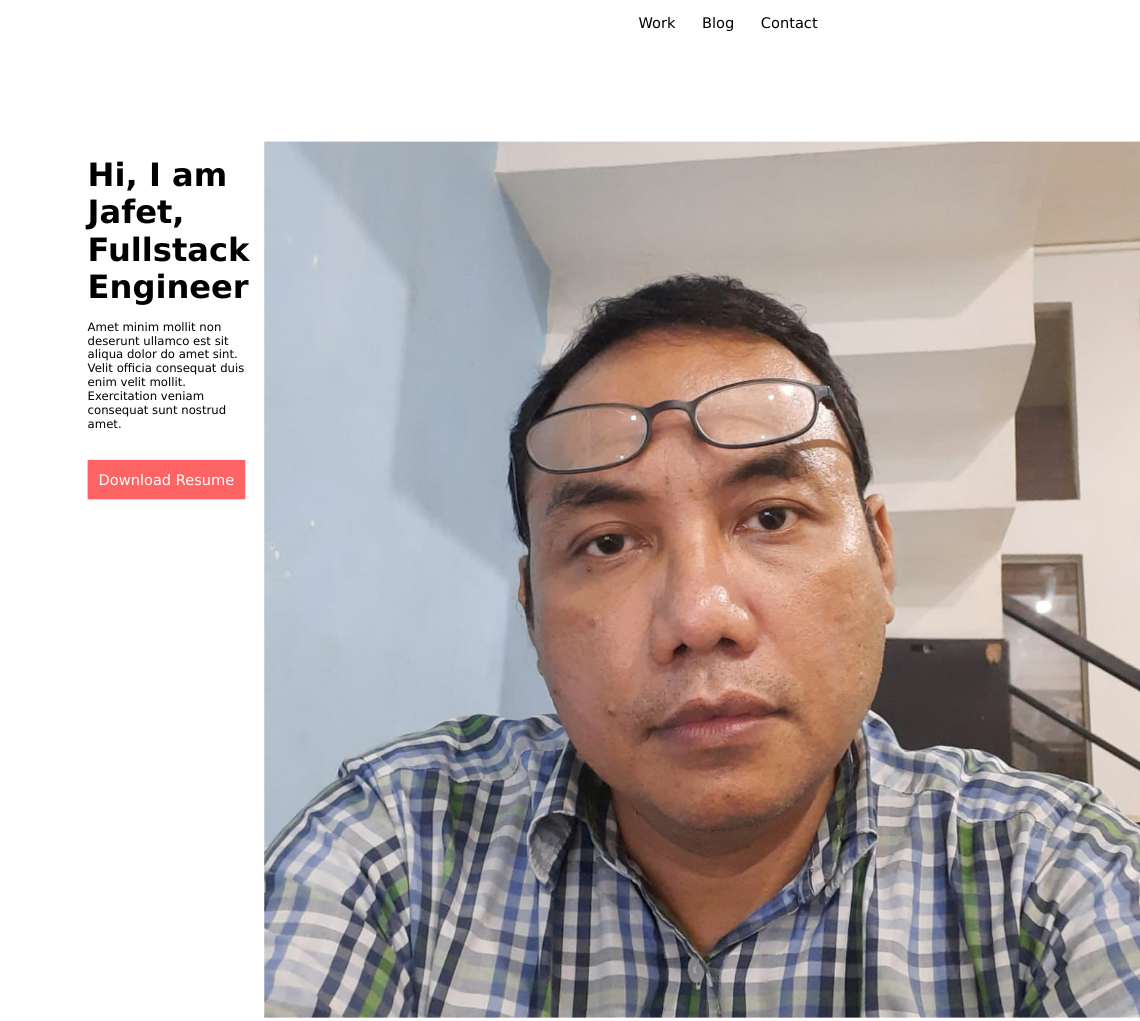
Repository: jafetdn73/portofolio
Page: index.html
The author's editor kept a copy of each file at every save. The page is drawn from the files as they stood at one save, then again after the next save.
The browser window is 1280 px wide. The page is 1562 px wide, so the pictures cover 1562 px, including what lies to the right of the window. The pictures show the whole page, at 73% of full size.

Above is the page before, as saved 2022-02-22 12:46:11.

After the next save:
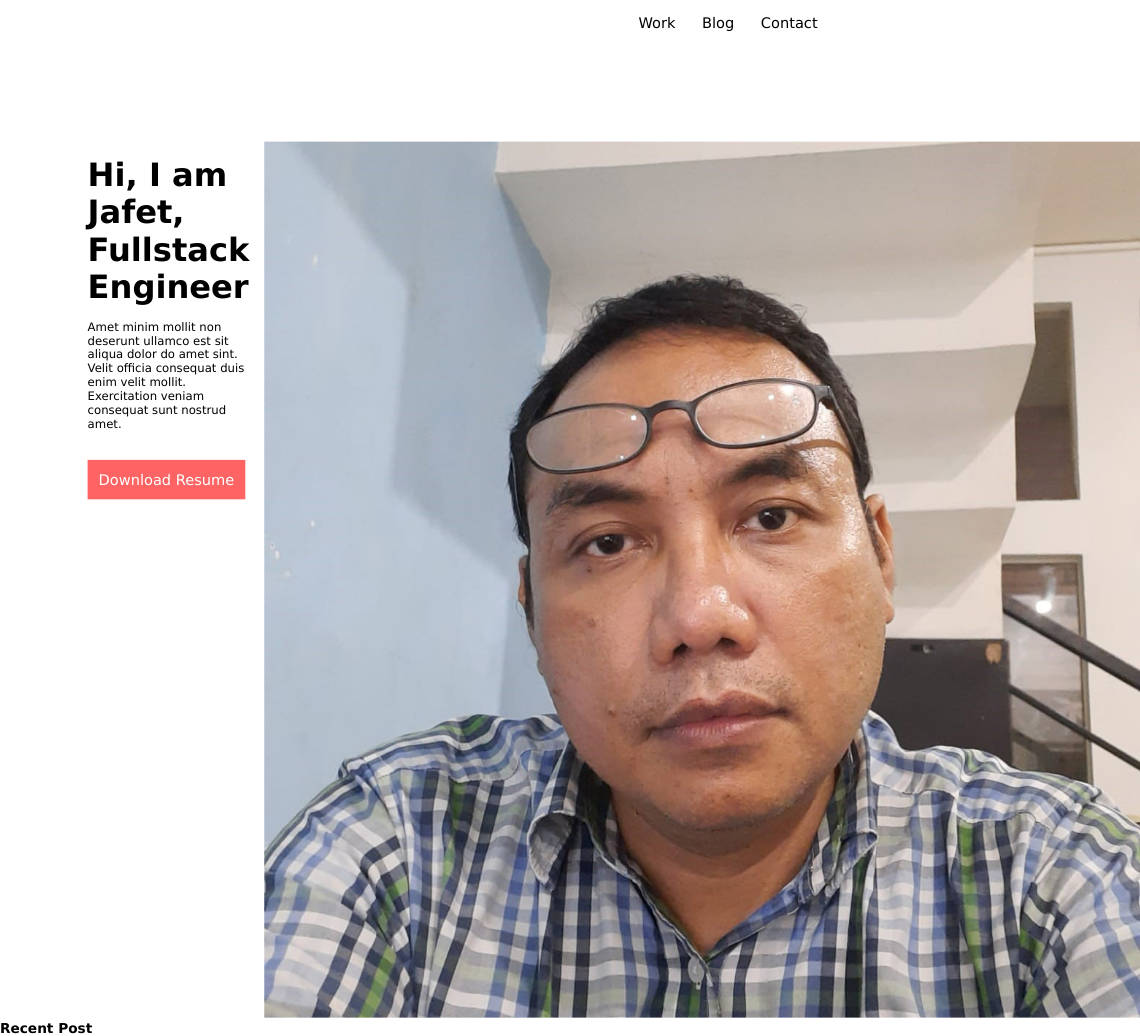
Saved 19 h 26 min later.
--- a/index.html
+++ b/index.html
@@ -40,7 +40,15 @@
         </div>
         <!-- Start Post -->
         <div class="post">
+            <div class="post-navi">
+                <h3>Recent Post</h3>
+                <a href="http://detik.com"></a>
+            </div>
+            <div class="post-content">
+                <div class="post-content-detail">
 
+                </div>
+            </div>
         </div>
     </div>
 </body>
